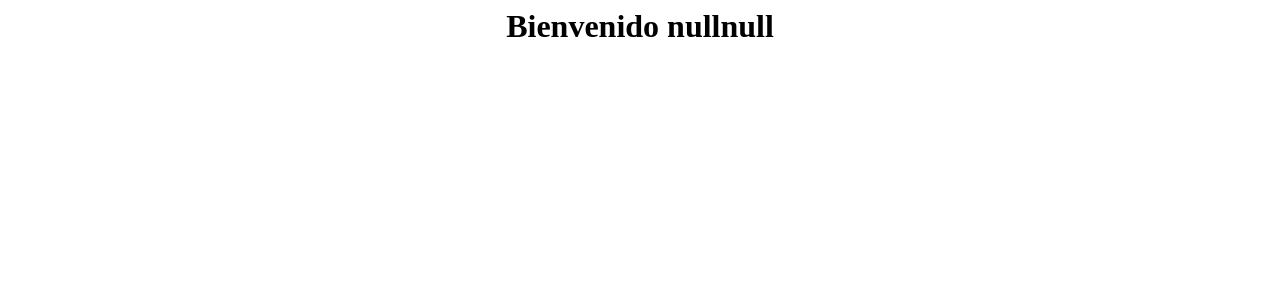
Repository: felipeverdugo/Java-y-Aplicaciones-Avanzadas-sobre-Internet
Page: http://localhost/Practica1Web40/Encuesta
These files come from the project's save history. The page is drawn as it stood at one moment and after the next save; the edit follows.
The browser window is 1280 px wide. The pictures show the whole page.
The page is served by Tomcat 10.

Above is the page before, as saved 2024-03-20 14:40:08.

After the next save:
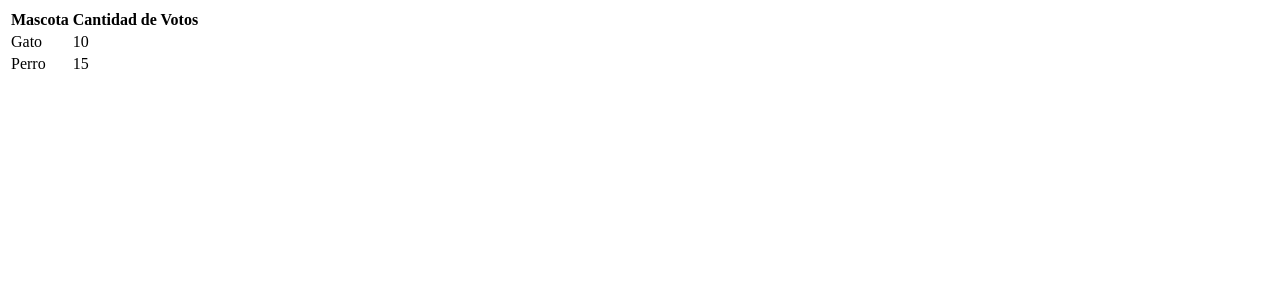
Saved 5 min 18 s later.
--- a/work/Practica1Web40/src/main/java/misServlets/Encuesta.java
+++ b/work/Practica1Web40/src/main/java/misServlets/Encuesta.java
@@ -45,7 +45,12 @@ public class Encuesta extends HttpServlet {
 		out.println("<title>Usuario Valido </title>");
 		out.println("</head>");
 		out.println("<body>");
-		out.println("<center><h1>Bienvenido " + mascotas + perro  + "</h1></center>");
+		out.print("<table>");
+		out.print("<tr><th>Mascota</th><th>Cantidad de Votos</th></tr>");
+		out.print("<tr><td>Gato</td><td>10</td></tr>"); // Ejemplo de fila, reemplaza con tus datos
+		out.print("<tr><td>Perro</td><td>15</td></tr>"); // Ejemplo de fila, reemplaza con tus datos
+
+		out.print("</table>");
 		out.println("</body>");
 		out.println("</html>");
 		out.close();
